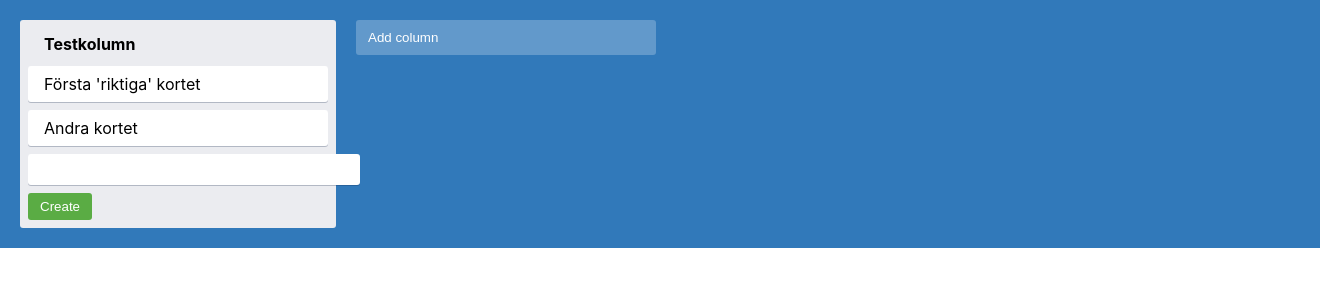
Repository: elander/grundkursen
Page: /, after clicking the first element matching `button.AddItemButton_bec5a_dark`
The author's editor kept a copy of each file at every save. The page is drawn from the files as they stood at one save, then again after the next save.
The browser window is 1280 px wide. The page is 1320 px wide, so the pictures cover 1320 px, including what lies to the right of the window. The pictures show the whole page.
The project was rebuilt for these pictures with package versions that can differ from the ones it lists, and the page was loaded fresh each time. Also part of the build but not shown: src/App.css.

Above is the page before, as saved 2022-04-25 13:33:30.

After the next save:
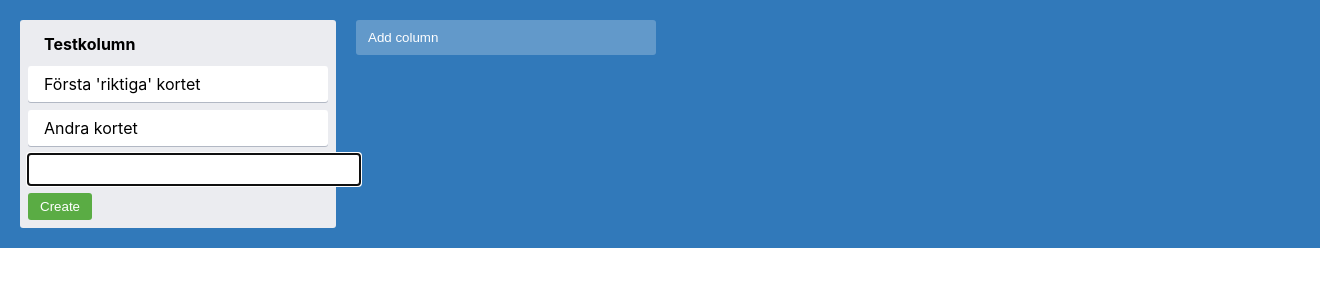
Saved 95 s later.
--- a/src/components/NewItemForm/NewItemForm.tsx
+++ b/src/components/NewItemForm/NewItemForm.tsx
@@ -1,12 +1,13 @@
 import { NewItemButton, NewItemFormContainer, NewItemInput } from "../../styles";
 import { useRef, useState } from "react";
 
+import { useFocus } from "../../utils/useFocus";
 type NewItemFormProps = {
     onAdd(text: string): void
 };
 
 export const NewItemForm = ({onAdd}: NewItemFormProps) => {
-    const inputRef = useRef<HTMLInputElement>(null);
+    const inputRef = useFocus();
     const [text, setText] = useState("");
     return (
         <NewItemFormContainer>
